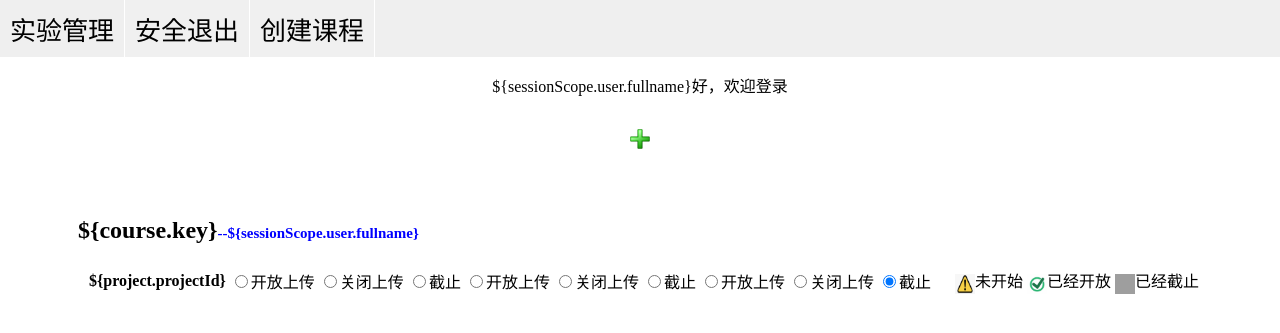
Repository: IAmJiangWenHao/ReportServer
Page: web/demo.html
The author's editor kept a copy of each file at every save. The page is drawn from the files as they stood at one save, then again after the next save.
The browser window is 1280 px wide. The pictures show the whole page.
The pointer rests on the first visible `.topbar-item`.
Pictures or frames that could not be fetched are drawn as grey boxes.

Above is the page before, as saved 2023-05-19 18:07:34.
Console error: ReferenceError: requests is not defined

### web/demo.html
<!-- <%@page import="com.report.javabeans.ExpClass"%>
<%@page import="com.report.javabeans.Project"%>
<%@page import="com.report.javabeans.User"%>
<%@page import="java.util.ArrayList"%>
<%@page import="java.io.File"%>
<%@page import="java.util.List"%>
<%@page import="java.net.URLEncoder"%>
<%@page import="java.util.Map"%>
<%@page isELIgnored="false"%>
<%@page contentType= "text/html; charset=UTF-8" pageEncoding="UTF-8"%>

<%@ taglib uri="http://java.sun.com/jsp/jstl/core" prefix="c" %>
<%@ taglib uri="/tlds/reporttag_library" prefix="mytag" %> -->
<!--script type="text/javascript" src="${pageContext.request.contextPath}/script/scriptV1.js?v=1.0"></script-->
<!DOCTYPE html>
<html>
  <!-- <%
    response.setHeader("Pragma", "no-cache");
    response.addHeader("Cache-Control", "must-revalidate");
    response.addHeader("Cache-Control", "no-cache");
    response.addHeader("Cache-Control", "no-store");
    response.setDateHeader("Expires", 0);
  %> -->
  <head>
    <meta http-equiv="Content-Type" content="text/html; charset=UTF-8">
    <title>实验上传系统 </title>

  </head>

  <body style="margin: 0;">
    <style>
      .topbar-item{
        padding: 10px;
        border-right: 1px solid white;
        background-color: rgba(240, 240, 240, 1)
      }
      .topbar-item:hover{
        background-color: rgba(240, 240, 240, 0.6)


      }

    </style>
    <!-- ${mytag:LoadCourseProject(pageContext.request,pageContext.response)} -->
    <script>

      window.onload = function () {//Ajax实现更新项目状态
        var ratios = document.getElementsByTagName("input");//获取所有input（本页面的input只有单选按钮）
        var map = new Map();//记录单选按钮旧值
        for (var i = 0; i < ratios.length; i++) {
          map.set((i + 1).toString(), ratios[i].checked);
          //oninput事件在input的值发生改变时触发，这里监听单选按钮值得改变
          ratios[i].oninput = function () {
            var r = false;
            if (this.value === "deadline") {//是否选择截止
              //是否确认修改
              r = confirm("截止后不可再设置，确定截止？");
            }
            //取消截止
            if (this.value === "deadline" && r === false) {
              var list = document.getElementsByName(this.name);
              for (var j = 0; j < list.length; j++)
                list[j].checked = map.get(list[j].id);
              return;
            }
            ratioName = this.name;
            //确定截止，不允许再更改状态
            if (this.value === "deadline") {
              var list = document.getElementsByName(this.name);
              for (var j = 0; j < list.length; j++)
              {
                list[j].disabled = "disable";
                map.set(list[j].id, list[j].checked);
              }
            } else {
              var list = document.getElementsByName(this.name);
              for (var j = 0; j < list.length; j++)
                map.set(list[j].id, false);
              map.set(this.id, this.checked);
            }
            var formData = new FormData();//FormData 对象
            var course = ratioName.substr(0, ratioName.indexOf("-"));
            var project = ratioName.substr(ratioName.indexOf("-") + 1, ratioName.length - 1);
            //添加KV
            formData.append("project", project);//项目
            formData.append("course", course); //课程名
            formData.append("status", this.value);//状态
            var cell = document.getElementById(this.name);
            //显示实验项目状态提示信息
            cell.innerHTML = "&nbsp;&nbsp;&nbsp;&nbsp;&nbsp;";
            if (this.value === "open")
              cell.innerHTML += "<img style=\"vertical-align: middle;height:20px;width:20px\" src=\"./img/check.jpg\"/>已经开放";
            if (this.value === "close")
              cell.innerHTML += "<img style=\"vertical-align: middle;height:20px;width:20px\" src=\"./img/undone.png\"/>未开始";
            if (this.value === "deadline")
              cell.innerHTML += "<img style=\"vertical-align: middle;height:20px;width:20px\" src=\"./img/deadline.jpg\"/>已截止";
            //1.创建请求对象
            const xhr = new XMLHttpRequest();
            //2.设置请求行，这里用post(get请求数据写在url后面)
            //updateProject.do实现后端更新
            xhr.open("post", getAppPath() + "/updateProject.do");
            //3.设置请求头(get请求可以省略,post不发送数据也可以省略)
            //xhr.setRequestHeader("Content-type","application/x-www-form-urlencoded");
            // 用formData可以不写请求头，写了无法正常上传文件
            //4.请求主体发送(get请求为空，或者写null，post请求数据写在这里，
            //如果没有数据，直接为空或者写null)
            xhr.send(formData);
            //注册回调函数
            xhr.onload = function ()
            {
              if (xhr.readyState === 4)
              {
                if (xhr.status >= 200 && xhr.status <= 300)
                { //判断响应码 2XX 表示成功
                  console.log(xhr.response.toString());
                } else
                  console.log("响应码：" + xhr.status); //状态码
              } else
                console.log(xhr.readyState);
              ;
            };
          };
        }
        ;
      };
    </script>
    <script>
      function getAppPath() {
        //获取当前URL
        var curURL = window.document.location.href;
        //获取主机地址之后的路径部分（就是文件地址）
        var pathName = window.document.location.pathname;
        var pos = curURL.indexOf(pathName);
        //获取应用地址
        var host = curURL.substring(0, pos);
        //获取带"/"的应用名，如：/***
        var webAppName = pathName.substring(0, pathName.substr(1).indexOf('/') + 1);
        return host + webAppName;
      }
    </script>
    <script>
        session = requests.session ()
      var isIE = /msie/i.test(navigator.userAgent) && !window.opera;
      function fileChange(target, type) {
        var fileSize = 0;
        var filepath = target.value;
        var filemaxsize = 1024 * 5;//5M
        var flag = -1;
        if (filepath) {
          var fileend = filepath.substring(filepath.lastIndexOf("."));
          // alert(fileend);
          if (type && type.length > 0) {
            //alert(fileend.indexOf(type));
            if (fileend !== ".xlsx") {
              alert("只接受xlsx类型的文件！");
              target.value = "";
              return false;
            }
          }
        } else {
          return false;
        }
        if (isIE && !target.files) {
          var filePath = target.value;
          var fileSystem = new ActiveXObject("Scripting.FileSystemObject");
          if (!fileSystem.FileExists(filePath)) {
            alert("附件不存在，请重新输入！");
            return false;
          }
          var file = fileSystem.GetFile(filePath);
          fileSize = file.Size;
        } else {
          fileSize = target.files[0].size;
        }

        var size = fileSize / 1024;
        if (size > filemaxsize) {
          alert("附件大小不能大于" + filemaxsize / 1024 + "M！");
          target.value = "";
          return false;
        }
        if (size <= 0) {
          alert("附件大小不能为0M！");
          target.value = "";
          return false;
        }
      }
      function Check()
      {
        for (var i = 0; i < document.form1.elements.length - 1; i++)
        {
          if (document.form1.elements[i].value === "")
          {
            alert("不可空！");
            document.form1.elements[i].focus();
            return false;
          }
        }
        return true;
      }
      function cls() {
        var createCell = document.getElementById("createCourse");
        createCell.innerHTML = "";
      }

      function createCourse() {
        var createCell = document.getElementById("createCourse");
        createCell.innerHTML = "<form action=\"../uploadCourseServlet\" enctype=\"multipart/form-data\" method=\"post\" name=\"form1\" onSubmit=\"return Check()\"><table></tr><tr> <td>建课模板：</td><td><a href=\"实验课模板.xlsx\">下载</a></td></tr><tr><td>课程名：</td><td><input style=\" font-size:16px\" type=\"text\" name=\"courseName\" size=\"20\"/>(例：程序设计实验)</td></tr><tr><td>班级：</td><td><input style=\" font-size:16px\" type=\"text\" name=\"className\" size=\"20\"/>(例:信安201)</td></tr><tr> <td>文件：</td><td><input style=\" font-size:16px\" type=\"file\" name=\"file\" size=\"40\" id=\"fup\" onchange=\'fileChange(this,\".xlsx\");\'/></td><tr><td style=\"height:50px;\" align=\"right\" ><input style=\" font-size:16px\" type=\"submit\" value=\"提交\" size='30'/> </td><td align=\"left\"><input style=\" font-size:16px\" type=\"button\" value=\"关闭\" size='30' onclick=\"cls()\"/> </td></tr></table></form>";
      };
              backremove = function(){
           console.log(hhhhh);
       };
    </script>
    <div >
      <div style="display:flex;font-size: 26px;background-color: buttonface;">
        <div class="topbar-item" color="black"> 实验管理</div>
        <div class="topbar-item"><a style="color: black;text-decoration:none;" href="exit.jsp">安全退出</a></div>
        <div class="topbar-item" onclick="createCourse()">创建课程</div></div>
<div style="display: flex;flex-direction:column;align-items:center">
  <p>${sessionScope.user.fullname}好，欢迎登录</p>
  <p>
    <img style="vertical-align: middle;height:20px" alt="" width="20" src="./img/new.jpg"/>

  <div id="createCourse">

  </div>
</p>



    <c:forEach var="course" items="${sessionScope.courseData}" varStatus="statusCourse">
      <h2> ${course.key}<font style="font-size:15px;color:blue">--${sessionScope.user.fullname}</font></h2><p>
      <table>
        <c:forEach var="project" items="${course.value}" varStatus="statusProject">
          <tr style=" height: 30px;border: 1px">
            <td>&nbsp;&nbsp;<b>${project.projectId}</b></td>
            <td><!-- 3.一组单选按钮 radio（同name），只能选一个
                     request.getParameter("***")-->
              <c:if test="${project.state==0}">
                <input type="radio" id="${"course".concat(statusCourse.count).concat(statusProject.count).concat(1)}"  name="${course.key.concat("-").concat(project.projectId)}" value="open">开放上传
                <input type="radio" id="${"course".concat(statusCourse.count).concat(statusProject.count).concat(1)}"  name="${course.key.concat("-").concat(project.projectId)}" value="close" checked="true">关闭上传
                <input type="radio" id="${"course".concat(statusCourse.count).concat(statusProject.count).concat(1)}"  name="${course.key.concat("-").concat(project.projectId)}" value="deadline">截止
              </c:if>
              <c:if test="${project.state==1}">
                <input type="radio" id="${"course".concat(statusCourse.count).concat(statusProject.count).concat(1)}"  name="${course.key.concat("-").concat(project.projectId)}" value="open" checked="true">开放上传
                <input type="radio" id="${"course".concat(statusCourse.count).concat(statusProject.count).concat(1)}"  name="${course.key.concat("-").concat(project.projectId)}" value="close" >关闭上传
                <input type="radio" id="${"course".concat(statusCourse.count).concat(statusProject.count).concat(1)}"  name="${course.key.concat("-").concat(project.projectId)}" value="deadline">截止
              </c:if>
              <c:if test="${project.state==2}">
                <input type="radio" id="${"course".concat(statusCourse.count).concat(statusProject.count).concat(1)}"  name="${course.key.concat("-").concat(project.projectId)}" value="open">开放上传
                <input type="radio" id="${"course".concat(statusCourse.count).concat(statusProject.count).concat(1)}"  name="${course.key.concat("-").concat(project.projectId)}" value="close" >关闭上传
                <input type="radio" id="${"course".concat(statusCourse.count).concat(statusProject.count).concat(1)}"  name="${course.key.concat("-").concat(project.projectId)}" value="deadline" checked="true">截止
              </c:if>
            </td>
            <td id="${course.key.concat("-").concat(project.projectId)}">&nbsp;&nbsp;&nbsp;&nbsp;
              <c:if test="${project.state==0}" >
                <img style="vertical-align: middle;height:20px;width:20px" alt="" src="../img/undone.png"/>未开始
              </c:if>
              <c:if test="${project.state==1}" >
                <img style="vertical-align: middle;height:20px;width:20px" alt="" src="../img/check.jpg"/>已经开放
              </c:if>
              <c:if test="${project.state==2}" >
                <img style="vertical-align: middle;height:20px;width:20px" alt="" src="../img/deadline.png"/>已经截止
              </c:if>
            </td>
          </tr>
        </c:forEach>
      </table>
    </c:forEach>
  </div>
  </div>
</body>
</html>

After the next save:
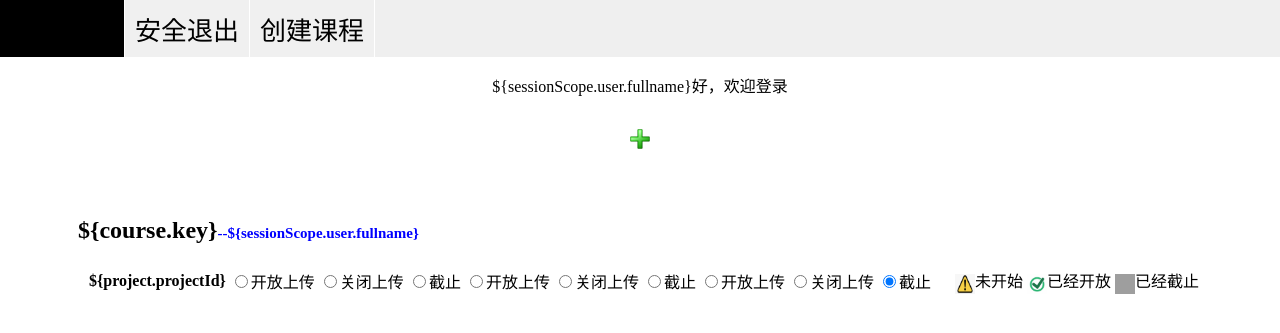
Saved 17 s later.
--- a/web/demo.html
+++ b/web/demo.html
@@ -35,7 +35,7 @@
         background-color: rgba(240, 240, 240, 1)
       }
       .topbar-item:hover{
-        background-color: rgba(240, 240, 240, 0.6)
+        background-color: black
 
 
       }
